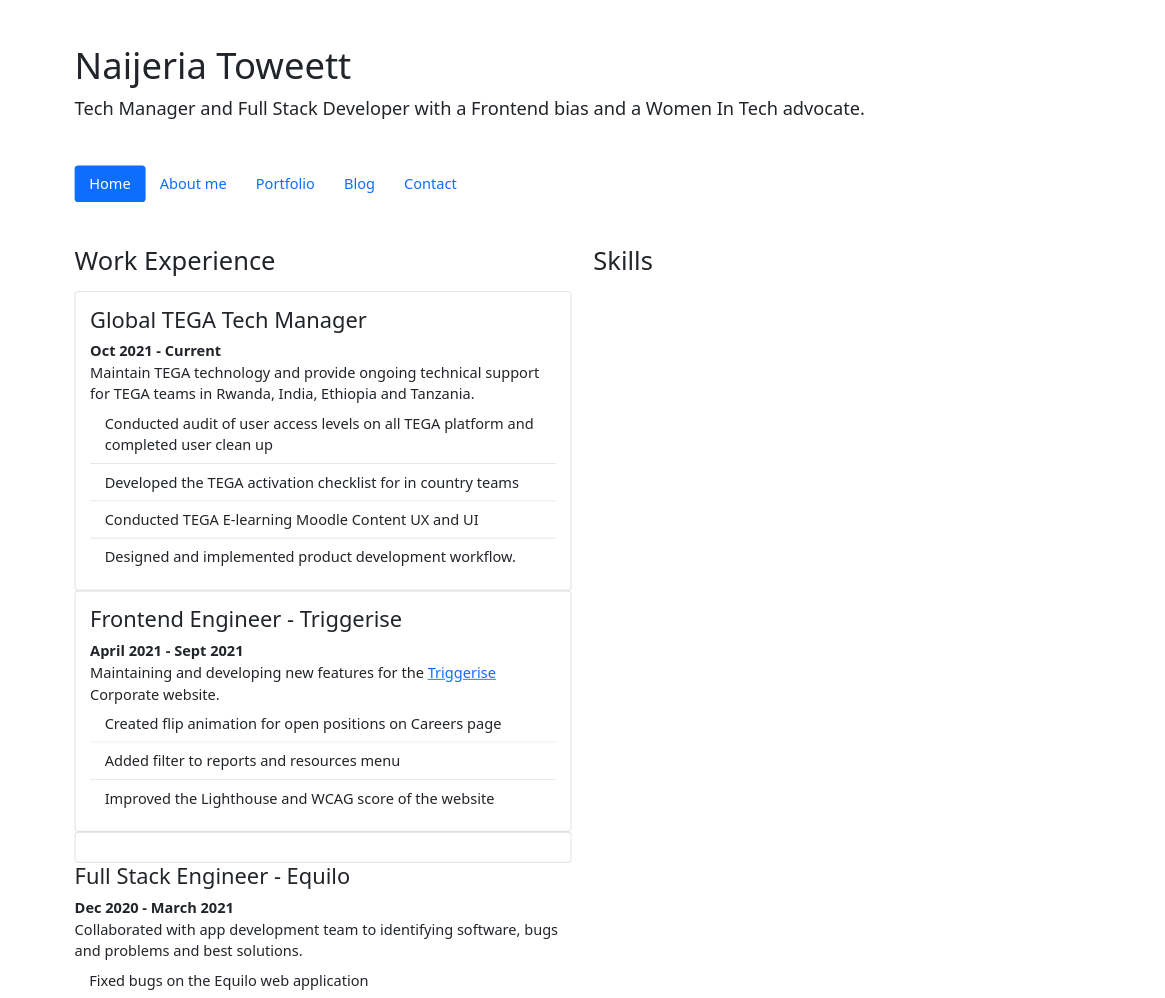
Repository: mamatechafrica/portfolio
Page: index.html
An editor plug-in stored every save of this project. The page is shown before and after a run of saves, followed by the edit.
The browser window is 1280 px wide. The pictures show the whole page, at 91% of full size.

Above is the page before, as saved 2022-01-04 16:30:45.

After the next 2 saves:
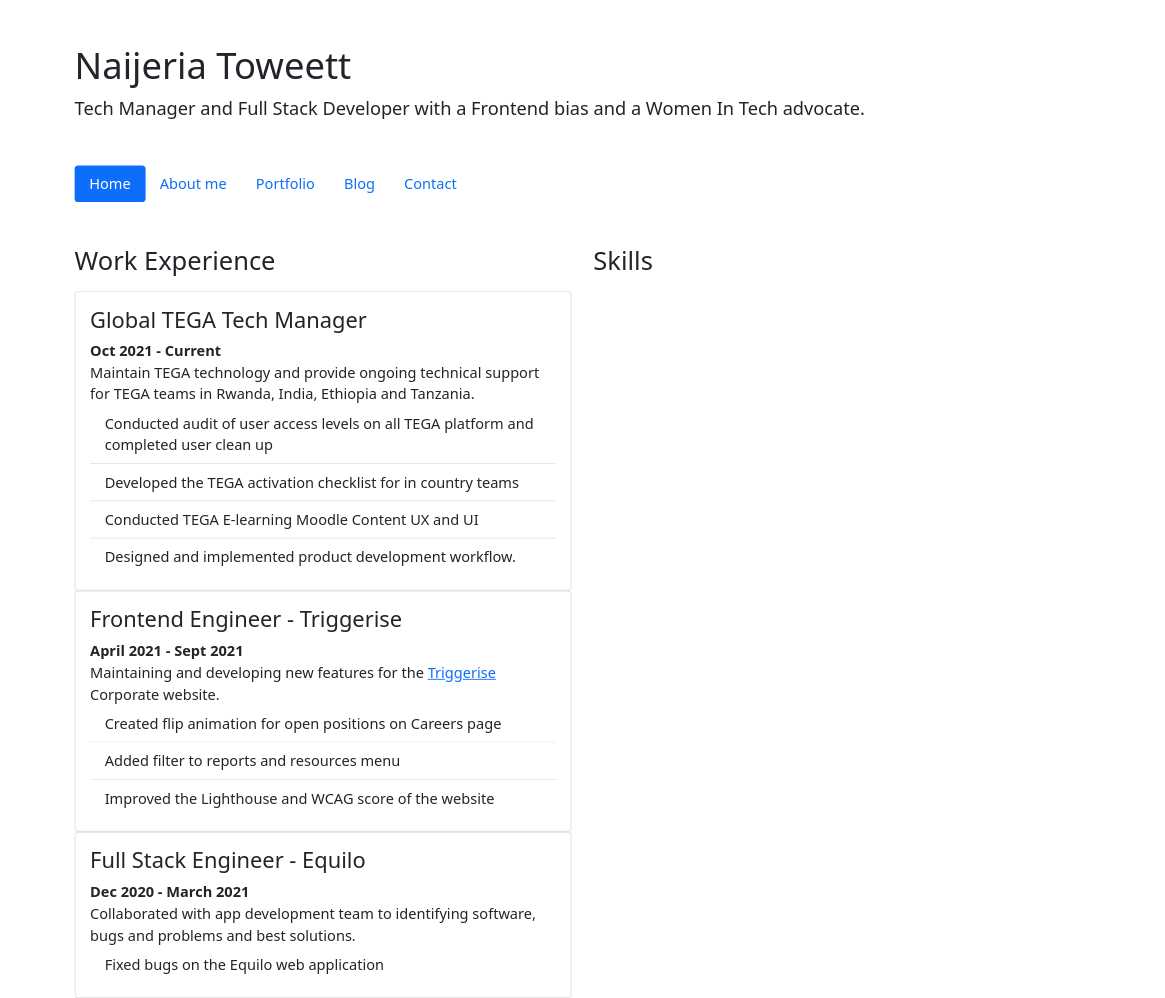
The 2 saves are shown as one change because they came seconds apart.
The last was saved 18 s later.
--- a/index.html
+++ b/index.html
@@ -76,19 +76,19 @@
                         </div>
                         <div class="card">
                             <div class="card-body">
-
+                                <h4>Full Stack Engineer - Equilo</h4>
+                                <div>
+                                    <strong>Dec 2020 - March 2021</strong>
+                                </div>
+                                    Collaborated with app development team to identifying software, bugs and problems and best solutions.
+                                    <ul class="list-group list-group-flush">
+                                        <li class="list-group-item">Fixed bugs on the Equilo web application</li>
+                                    </ul>
                             </div>
                         </div>
 
 
-                    <h4>Full Stack Engineer - Equilo</h4>
-                    <div>
-                        <strong>Dec 2020 - March 2021</strong>
-                    </div>
-                        Collaborated with app development team to identifying software, bugs and problems and best solutions.
-                        <ul class="list-group list-group-flush">
-                            <li class="list-group-item">Fixed bugs on the Equilo web application</li>
-                        </ul>
+
                 </div>
                 <div class="col">
                     <h3 class="mb-3">Skills</h3>
